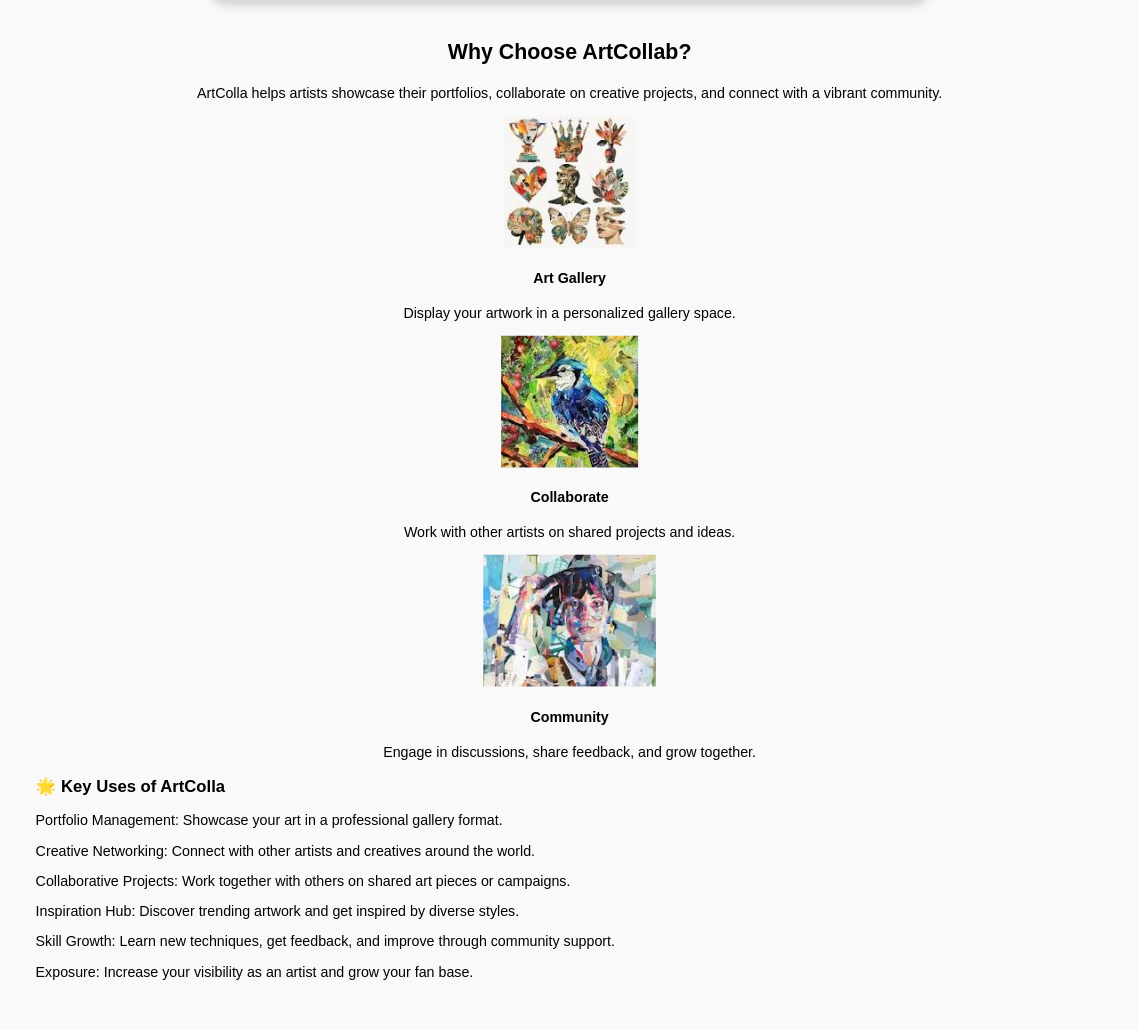
Repository: jeevanReddyP/ArtCollab_App
Page: index.html
An editor plug-in stored every save of this project. The page is shown before and after the next save, followed by the edit.
The browser window is 1280 px wide. The pictures show the part of the page from y = 498 to 1655 px (the page is 1655 px tall before and 1651 px after), at 89% of full size.

Above is the page before, as saved 2025-06-11 16:49:18.

### index.html
<!DOCTYPE html>
<html lang="en">
<head>
    <meta charset="UTF-8">
    <meta name="viewport" content="width=device-width, initial-scale=1.0">
    <title>Document</title>
    <link rel="stylesheet" href="index.css">
</head>
<body>
    <div id="navbar">
                 <h2>ArtColla</h2>
            <p>A platform for artists to connect and share their creativity</p>
            <div class="links">
            <a href="login.html">Log-In</a>
            <a href="signup.html">Sign-Up</a>
            </div>
    </div>
   <main id="home-page">
     <section class="intro-video">
  <h2>Discover ArtColla</h2>
  <iframe width="560" height="315"
          src="https://www.youtube.com/embed/BIj71N1tk-0"
          title="Discover ArtColla"
          frameborder="0"
          allow="accelerometer; autoplay; clipboard-write; encrypted-media; gyroscope; picture-in-picture; web-share"
          allowfullscreen>
  </iframe>
</section>
<section class="app-details">
<h3>Why Choose ArtCollab?</h3>
 <p>ArtColla helps artists showcase their portfolios, collaborate on creative projects, and connect with a vibrant community.</p>

  <div class="features">
      <div class="feature">
        <img src="data:[embedded picture, 9487 characters]" alt="Gallery Feature">
        <h4>Art Gallery</h4>
        <p>Display your artwork in a personalized gallery space.</p>
      </div>

      <div class="feature">
        <img src="data:[embedded picture, 12939 characters]" alt="Collaboration Feature">
        <h4>Collaborate</h4>
        <p>Work with other artists on shared projects and ideas.</p>
      </div>

      <div class="feature">
        <img src="data:[embedded picture, 12347 characters]" alt="Community Feature">
        <h4>Community</h4>
        <p>Engage in discussions, share feedback, and grow together.</p>
      </div>
    </div>
</section>
<section class="discription">
<p>
   <h3> 🌟 Key Uses of ArtColla</h3>
<p>Portfolio Management: Showcase your art in a professional gallery format.</p>
<p>Creative Networking: Connect with other artists and creatives around the world.</p>
<p>Collaborative Projects: Work together with others on shared art pieces or campaigns.</p>
<p>Inspiration Hub: Discover trending artwork and get inspired by diverse styles.</p>
<p>Skill Growth: Learn new techniques, get feedback, and improve through community support.</p>
<p>Exposure: Increase your visibility as an artist and grow your fan base.</p>
</section>
  </main>
</body>
</html>

### index.css
body{
  margin: 0%;
  font-family: sans-serif;
}
#navbar{
background-color:#222;
color: white;
display: flex;
padding: 20px;
justify-content: space-between;
align-items: center;
flex-wrap: wrap;
}
#navbar h2{
   margin: 0;
   font-size: 24px;
}
#navbar p{
    margin: 5px 0 0 0;
    font-size: 14px;
    color: #ccc;
}
.links a{
margin-left: 20px;
text-decoration: none;
color: white;
background-color: #444;
padding: 8px 12px;
border-radius: 4px;
transition: backgroun-color 0.3s;
}
.nav-links a:hover {
  background-color: #666;
}
#home-page{
    padding: 40px;
    background-color: #f9f9f9;
}
.intro-video {
  text-align: center;
  margin-bottom: 40px;
}
.intro-video h2 {
  font-size: 28px;
  margin-bottom: 20px;
}
.intro-video iframe {
  width: 90%;
  max-width: 800px;
  border-radius: 8px;
  box-shadow: 0 4px 12px rgba(0,0,0,0.2);
}

.app-details{
    text-align: center;
}
.app-details h3{
    font-size: 24px;
    margin-bottom: ;
}

After the next save:
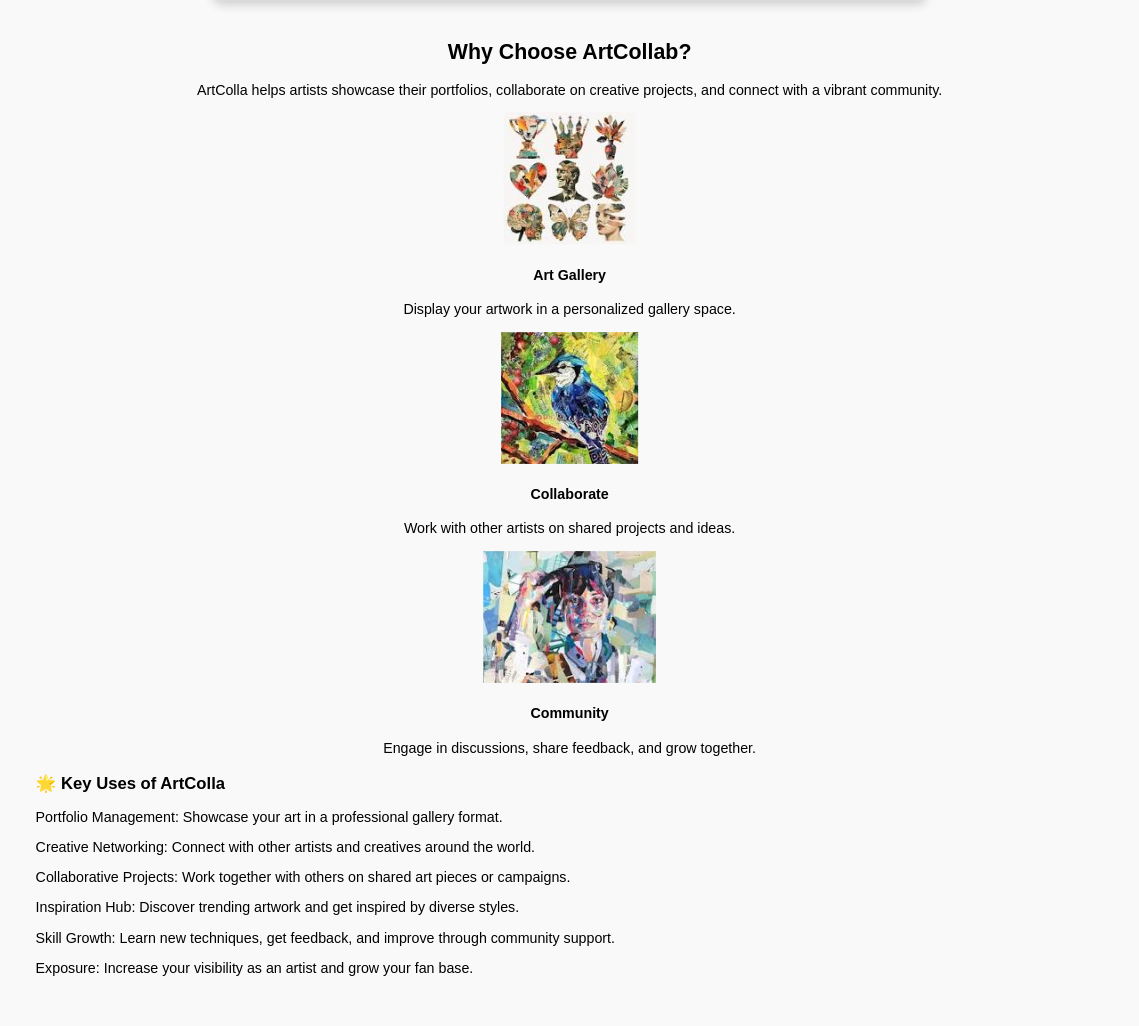
Saved 48 s later.
--- a/index.css
+++ b/index.css
@@ -56,5 +56,5 @@ transition: backgroun-color 0.3s;
 }
 .app-details h3{
     font-size: 24px;
-    margin-bottom: ;
+    margin-bottom: 20px;
 }
